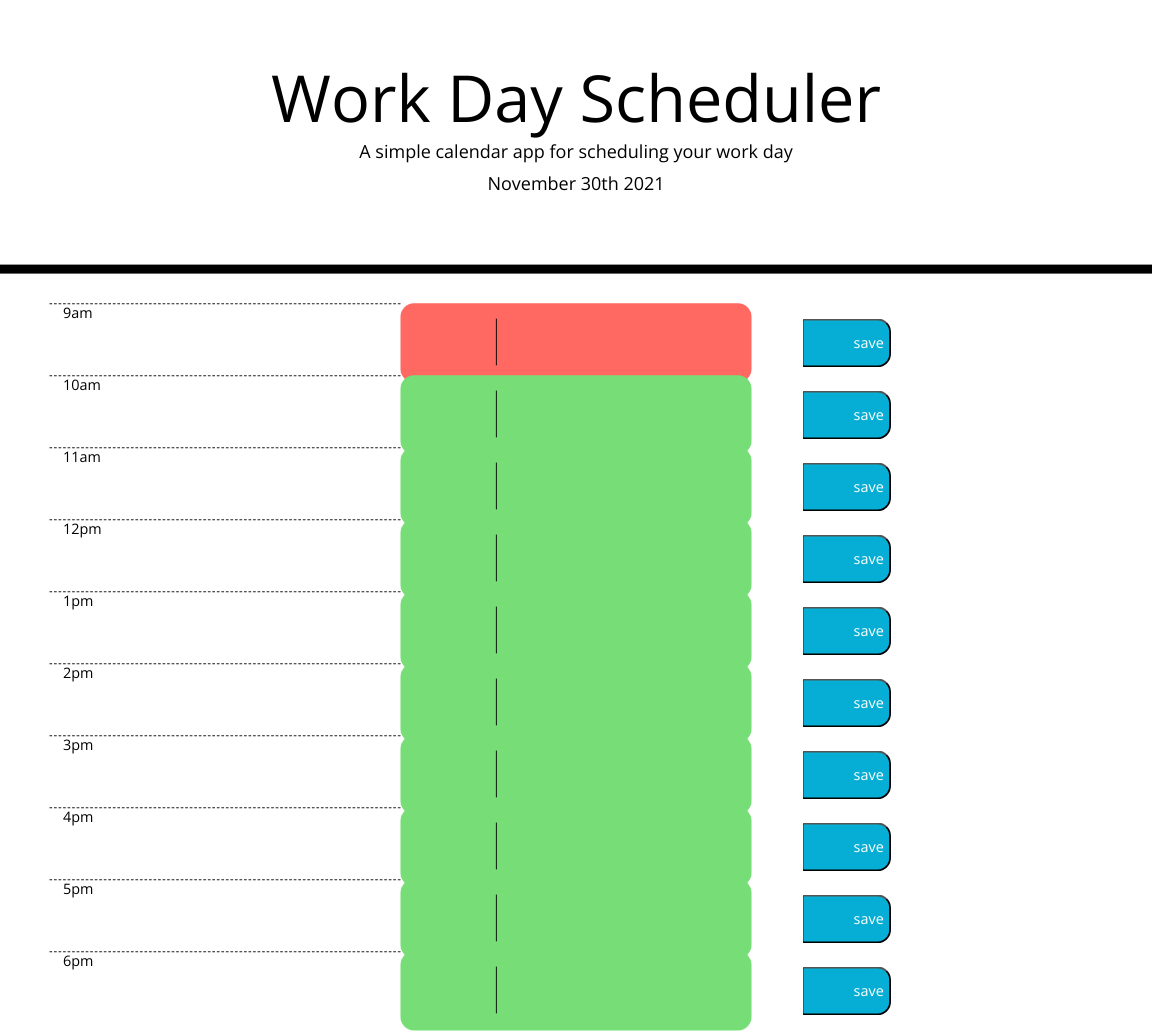
Repository: Naomilounsbury/work-day-scheduler
Page: index.html
These files come from the project's save history. The page is drawn as it stood at one moment and after the next save; the edit follows.
The browser window is 1280 px wide. The pictures show the whole page, at 90% of full size.
Some web libraries are served in a nearby version.

Above is the page before, as saved 2021-12-04 11:08:25.

### index.html
<!DOCTYPE html>
<html lang="en">

<head>
  <meta charset="UTF-8" />
  <meta name="viewport" content="width=device-width, initial-scale=1.0" />
  <meta http-equiv="X-UA-Compatible" content="ie=edge" />
  <link rel="stylesheet" href="https://stackpath.bootstrapcdn.com/bootstrap/4.3.1/css/bootstrap.min.css" />
  <link rel="stylesheet" href="https://use.fontawesome.com/releases/v5.8.1/css/all.css"
    integrity="sha384-50oBUHEmvpQ+1lW4y57PTFmhCaXp0ML5d60M1M7uH2+nqUivzIebhndOJK28anvf" crossorigin="anonymous" />
  <link href="https://fonts.googleapis.com/css?family=Open+Sans&display=swap" rel="stylesheet" />
  <link rel="stylesheet" href="./assets/css/style.css" />
  <title>Work Day Scheduler</title>
</head>

<body>
  <header class="jumbotron">
    <h1 class="display-3">Work Day Scheduler</h1>
    <p class="lead">A simple calendar app for scheduling your work day</p>
    <p id="currentDay" class="lead"></p>
  </header>
  <div class>
    <!-- Timeblocks go here -->
    <table class="container">
      <tr class="row">
        <td class="hour col">9am</td>
        <td class="time-block col" id="9">          <!-- all of my textareas are called btn which is ironic because they arent btns -->
          <textarea id="btn9">
          </textarea>
        </td>
        <td class="col">
          <button class="saveBtn" value="9">
            save
          </button>
        </td>
      </tr>
      <tr class="row">
        <td class="hour col">10am</td>
        <td class="time-block col" id="10">
          <textarea id="btn10">
            </textarea>
        </td>
        <td class="col">
          <button class="saveBtn" value="10">
            save
          </button>
        </td>
      </tr>
      <tr class="row">
        <td class="hour col">11am</td>
        <td class="time-block col" id="11">
          <textarea id="btn11">
            </textarea>
        </td>
        <td class="col">
          <button class="saveBtn" value="11">
            save
          </button>
        </td>
      </tr>
      <tr class="row">
        <td class="hour col">12pm</td>
        <td class="time-block col" id="12">
          <textarea id="btn12">
            </textarea>
        </td>
        <td class="col">
          <button class="saveBtn" value="12">
            save
          </button>
        </td>
      </tr>
      <tr class="row">
        <td class="hour col">1pm</td>
        <td class="time-block col" id="13">
          <textarea id="btn13">
            </textarea>
        </td>
        <td class="col">
          <button class="saveBtn" value="13">
            save
          </button>
        </td>
      </tr>
      <tr class="row">
        <td class="hour col">2pm</td>
        <td class="time-block col" id="14">
          <textarea id="btn14">
            </textarea>
        </td>
        <td class="col">
          <button class="saveBtn" value="14">
            save
          </button>
        </td>
      </tr>
      <tr class="row">
        <td class="hour col">3pm</td>
        <td class="time-block col" id="15">
          <textarea id="btn15">
          </textarea>
        </td>
        <td class="col">
          <button class="saveBtn" value="15">
            save
          </button>
        </td>
      </tr>
      <tr class="row">
        <td class="hour col">4pm</td>
        <td class="time-block col" id="16">
          <textarea id="btn16">
            </textarea>
        </td>
        <td class="col">
          <button class="saveBtn" value="16">
            save
          </button>
        </td>
      </tr>
      <tr class="row">
        <td class="hour col">5pm</td>
        <td class="time-block col" id="17">
          <textarea id="btn17">
            </textarea>
        </td>
        <td class="col">
          <button class="saveBtn" value="17">
            save
          </button>
        </td>
      </tr>
      <tr class="row">
        <td class="hour col">6pm</td>
        <td class="time-block col" id="18">
          <textarea id="btn18">
            </textarea>
        </td>
        <td class="col">
          <button class="saveBtn" value="18">
            save
          </button>
        </td>
      </tr>
    </table>
  </div>

  <!-- I didnt actually use jquery -->
  <script src="https://code.jquery.com/jquery-3.4.1.min.js"></script>
  <script src="https://cdnjs.cloudflare.com/ajax/libs/moment.js/2.24.0/moment.min.js"></script>
  <script src="assets/js/script.js"></script>
</body>

</html>

### assets/css/style.css
body {
  font-family: 'Open Sans', sans-serif;
  font-size: 16px;
  line-height: 1;
}

textarea{
  background: transparent;
  border: none;
  resize: none;
  color: #000000;
  border-left: 1px solid black;
  padding: 10px;
}

.jumbotron {
  text-align: center;
  background-color: transparent;
  color: black;
  border-radius: 0;
  border-bottom: 10px solid black;
}

.description{
  white-space: pre-wrap;
}

.time-block{
  text-align: center;
  border-radius: 15px;
}

.row {
  white-space: pre-wrap;
  height: 80px;
  border-top: 1px solid white;;
}

.hour {
  background-color: #ffffff;
  color: #000000;
  border-top: 1px dashed #000000;
}

.past {
  background-color: #d3d3d3;
  color: white;
}

.present {
  background-color: #ff6961;
  color: white;
}

.future {
  background-color: #77dd77;
  color: white;
}

.saveBtn {
  border-left: 1px solid black;
  border-top-right-radius: 15px;
  border-bottom-right-radius: 15px;
  background-color: #06AED5;
  color: white;
}

.saveBtn i:hover {
  font-size: 20px;
  transition: all .3s ease-in-out;
}

### assets/js/script.js
//using moment to get the current time
currentTime = moment();
//connected it to the current day spot in the html
currentDayEl = document.querySelector("#currentDay");
var displayDate = currentTime.format('MMMM Do YYYY');
//backticks are a way of adding dynamic things into a string when used with a dollar sign


currentDayEl.innerText = displayDate
//going to get my timeblock element
//weirdly I didnt have a var in front of this elemnet and it still worked
var timeBlockEl = document.querySelectorAll(".time-block");
//made a function called checkTime to check the current time to compare with the time on the scheduler
var checkTime = function(currentEl){
    //will maybe hit a block because will use 24 hours as ids but if the current time that I chose from moment is 12 hours they wont match up
    var timeBlock = moment().hour(parseInt(currentEl.id))
    console.log(timeBlock)
    //if the block hour id is less than the current time hour we return the class name past
    if (timeBlock.hour() < currentTime.hour()){
        return "past"
    }
    if (timeBlock.hour() > currentTime.hour()){
        return "future"
    }
    if (timeBlock.hour()=== currentTime.hour()){
        return "present"
    }

    //if element is in the past return past
    //if element is in the future return future
    //if element is in the present return present
}
for(i=0; i<=timeBlockEl.length-1; i++){
    //timeblock elements already have the class timeblock. If we just replaced the class with future or present
    //it would erase the class, so we want to add to the class
    //check time returns the new class
    //this creates regular time-block class with past future or present added to it. like when it returns past = "time-block past"

    timeBlockEl[i].className = timeBlockEl[i].className + " " + checkTime(timeBlockEl[i])
}
//we need a function to show us whats happening using the word on because it runs on an event
var onSave = function(event){
    //so I couldn't figure out why it wasn't pulling the value of the textarea
    //so we looked at w3schools and they said add a .value which honestly should have been intuitive
    //we are using backticks here hecause we want to dynamically change the id and if they click on 10, we want the id to reflect number 10
    //inside the ${} is code that will later be evaulated to a string depending on the button clicked
    if(document.querySelector(`#btn${event.target.value}`).value){
        //originally put event.target.id but then we realized we didn't have a id on the freaken button but
        //what we did have was a value so we did .value
        var timeBlockEvent = document.querySelector(`#btn${event.target.value}`).value
        //i'm doing a .trim because there is a lot of white space in the value
        localStorage.setItem(`${event.target.value}`, timeBlockEvent.trim())

    }

}
//used jquery to save the onclick here instead of for each in the html
$(".saveBtn").click(onSave)
//we are going to create a timeblock array and go through it to check if local storage has anything for that timeblock
//
var eventArray = [9,10,11,12,13,14,15,16,17,18]


//javascript has a special for loop for going through objects
//according to stack overflow, it can be a for in loop or a for of loop
//and object.keys creates an array to use in a for of loop
for(var key of eventArray){
    //so this for loop will loop through each item in the array and then going
    //into local storage and getting the number/ eventtext, if there is text in local storage that will be what is
    //saved
    //the backticks make it dynamic and the key is grabbing the key from what was saved
    var eventText=localStorage.getItem(`${key}`)
    //here we are getting our eventText because we named our textarea id btn# which at leastwas consistent
    //and so we are using btn${key} to get the btn# to know what to save
    //need hash in front of btn because its an id
    if(eventText){
        //I freakin hate this. .value is descriptive and easy to use
        //.val means nothing to me
        $(`#btn${key}`).val(eventText)
    }

}
//what

After the next save:
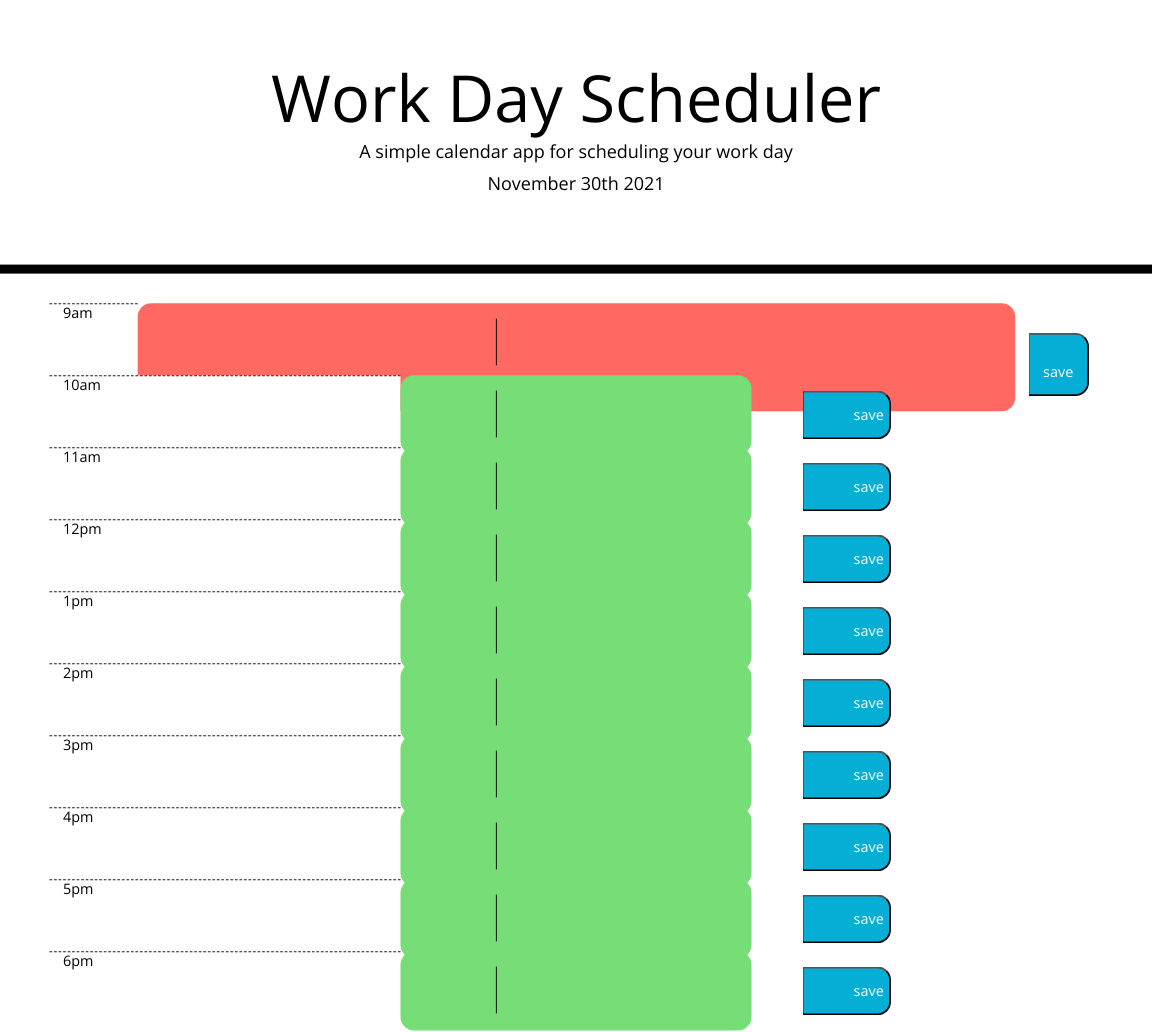
Saved 51 min 38 s later.
--- a/index.html
+++ b/index.html
@@ -23,12 +23,12 @@
     <!-- Timeblocks go here -->
     <table class="container">
       <tr class="row">
-        <td class="hour col">9am</td>
-        <td class="time-block col" id="9">          <!-- all of my textareas are called btn which is ironic because they arent btns -->
+        <td class="hour col-lg-1">9am</td>
+        <td class="time-block col-lg-10" id="9">          <!-- all of my textareas are called btn which is ironic because they arent btns -->
           <textarea id="btn9">
           </textarea>
         </td>
-        <td class="col">
+        <td class="col-lg-1">
           <button class="saveBtn" value="9">
             save
           </button>
